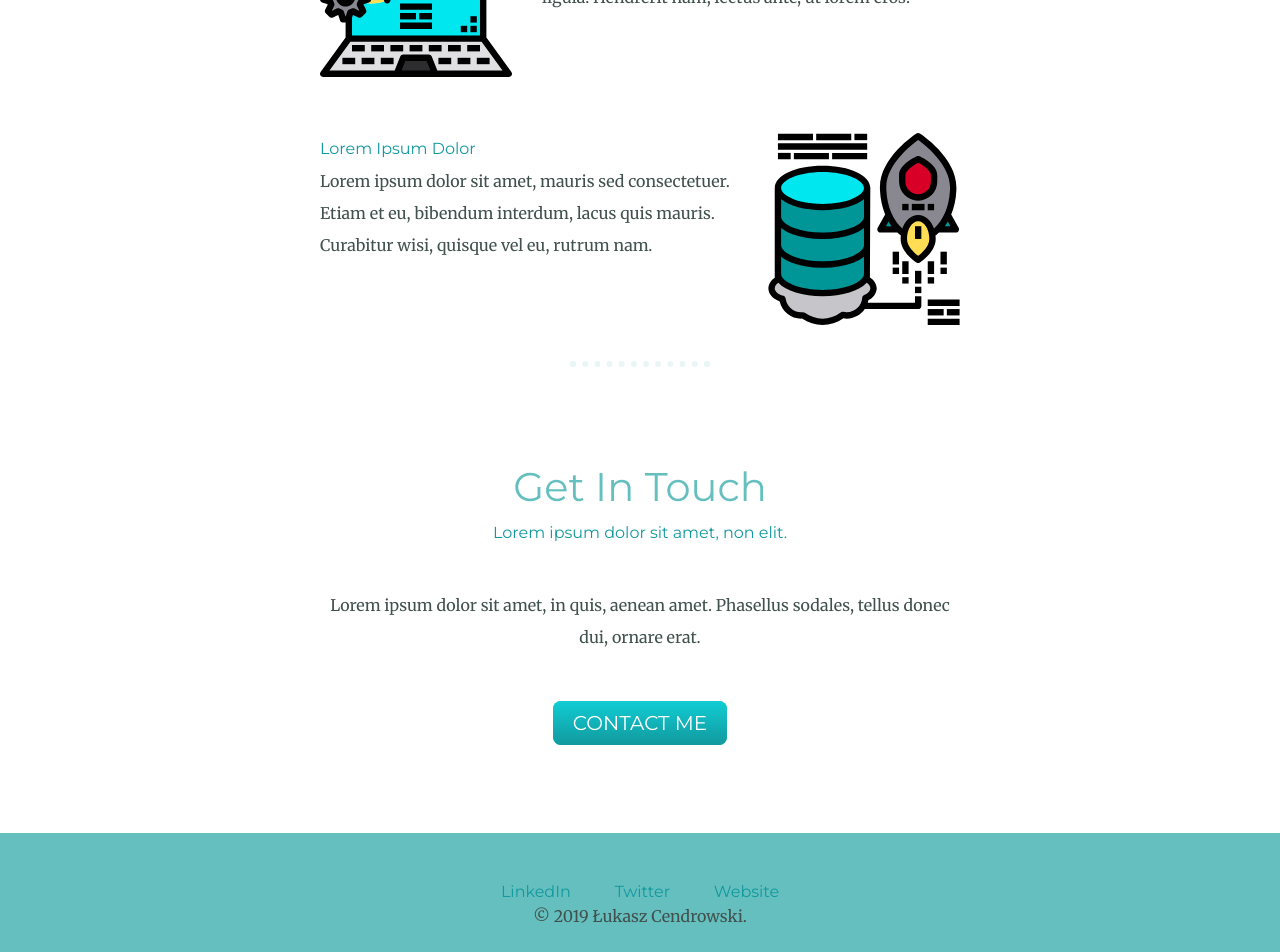
Repository: Isanderr/simple_landing_page-1
Page: index.html
An editor plug-in stored every save of this project. The page is shown before and after the next save, followed by the edit.
The browser window is 1280 px wide. The pictures show the part of the page from y = 1429 to 2381 px (the page is 2381 px tall).
A picture or video elsewhere on the page could not be fetched, so the positions and the page height are approximate.

Above is the page before, as saved 2019-02-01 18:10:55.

After the next save:
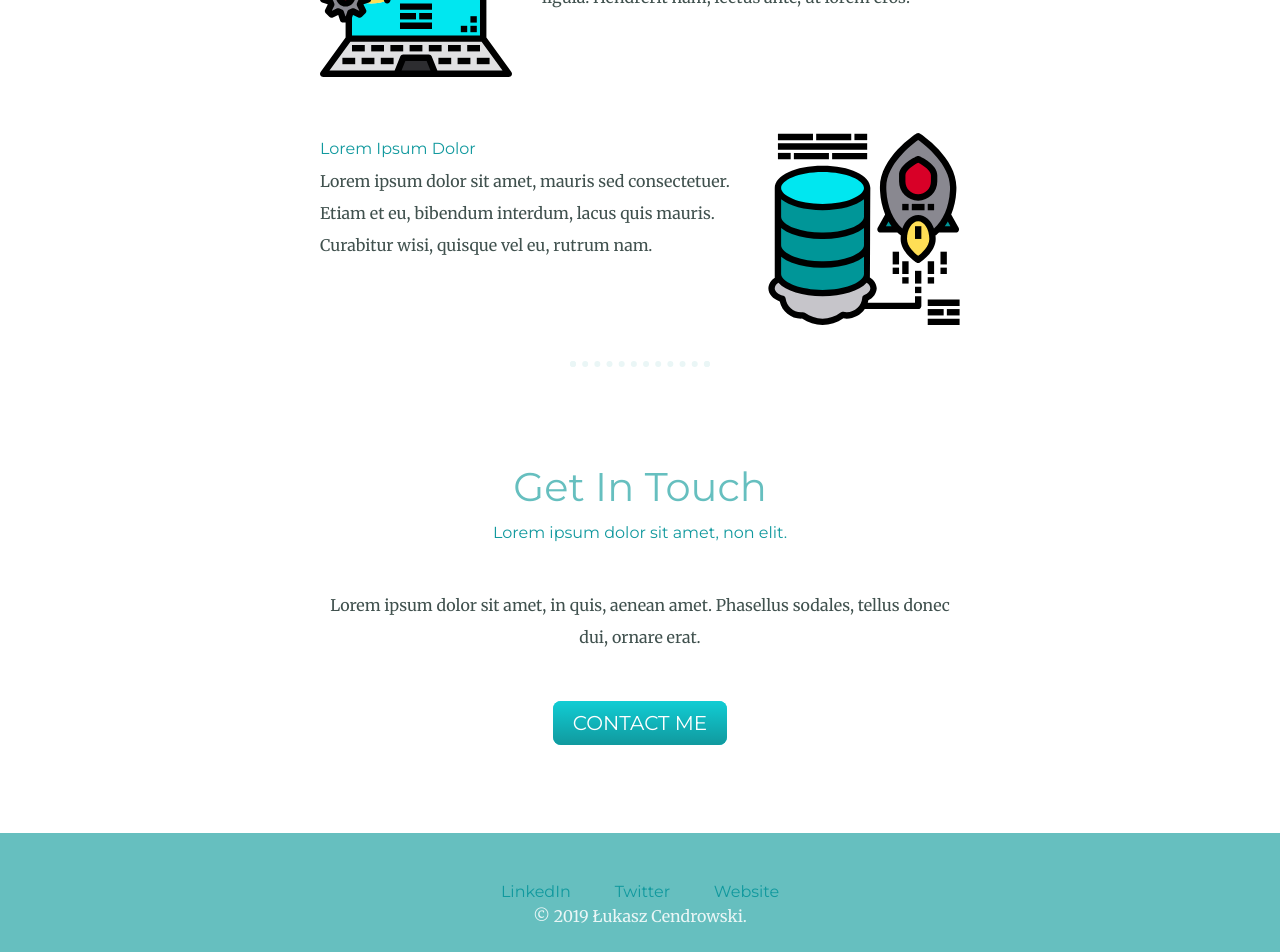
Saved 25 s later.
--- a/css/styles.css
+++ b/css/styles.css
@@ -117,7 +117,7 @@ width: 30%;
 }
 
 .copyright {
-
+color:#eaf6f6;
 }
 
 .btn {
